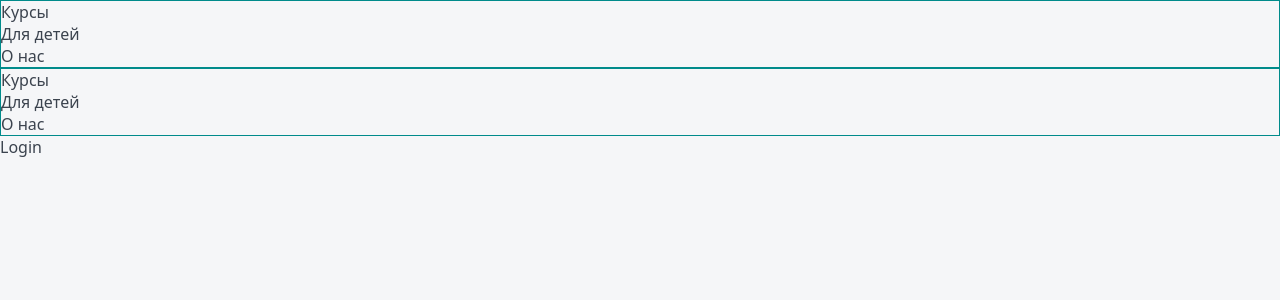
Repository: vitaliygalata1986/rating-application-next.js
Page: /login
The author's editor kept a copy of each file at every save. The page is drawn from the files as they stood at one save, then again after the next save.
The browser window is 1280 px wide. The pictures show the whole page.
The project was rebuilt for these pictures with package versions that can differ from the ones it lists, and the page was loaded fresh each time. The framework's server and built-in components were replaced by stand-ins that run in the browser. Also part of the build but not shown: next.config.ts.

Above is the page before, as saved 2025-01-14 13:47:49.

After the next save:
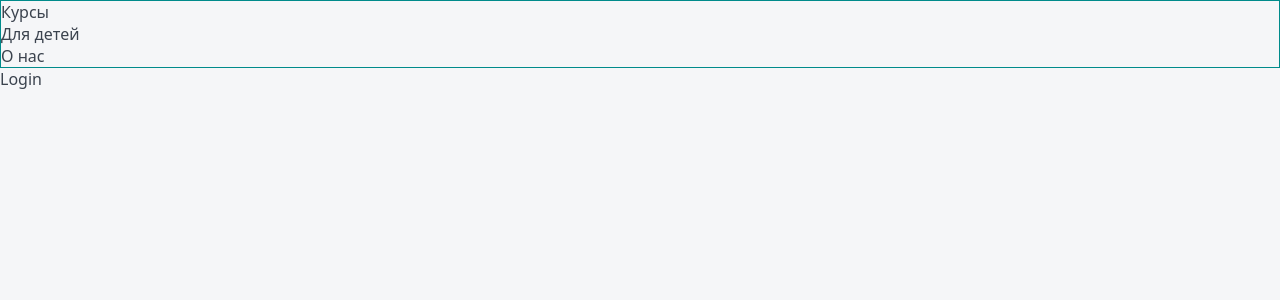
Saved 28 min 8 s later.
--- a/app/(auth)/layout.tsx
+++ b/app/(auth)/layout.tsx
@@ -22,13 +22,7 @@ export default function RootLayout({
   return (
     <html lang='en'>
       <body className={`${noto_sans.variable}`}>
-        <nav className={styles.nav}>
-          <ul>
-            <li>Курсы</li>
-            <li>Для детей</li>
-            <li>О нас</li>
-          </ul>
-        </nav>
+
         {children}
       </body>
     </html>
